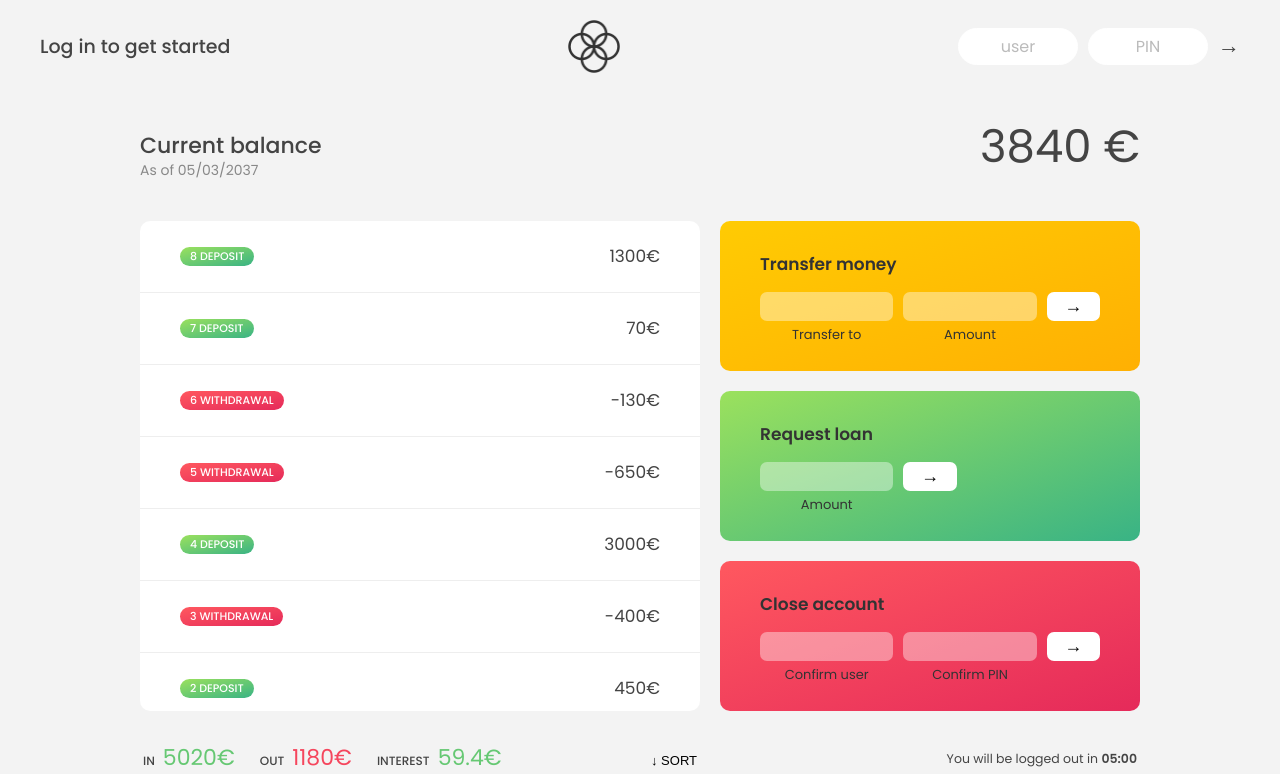
Repository: otvertka/jsc_11
Page: index.html
An editor plug-in stored every save of this project. The page is shown before and after the next save, followed by the edit.
The browser window is 1280 px wide. The pictures show the whole page.
An inner scrolling area shows only its first screen.

Above is the page before, as saved 2023-02-04 10:52:55.
Console error: ReferenceError: age is not defined

### index.html
<!DOCTYPE html>
<html lang="en">
  <head>
    <meta charset="UTF-8" />
    <meta name="viewport" content="width=device-width, initial-scale=1.0" />
    <meta http-equiv="X-UA-Compatible" content="ie=edge" />
    <link rel="shortcut icon" type="image/png" href="/icon.png" />

    <link
      href="https://fonts.googleapis.com/css?family=Poppins:400,500,600&display=swap"
      rel="stylesheet"
    />

    <link rel="stylesheet" href="style.css" />
    <title>Bankist</title>
  </head>
  <body>
    <!-- TOP NAVIGATION -->
    <nav>
      <p class="welcome">Log in to get started</p>
      <img src="logo.png" alt="Logo" class="logo" />
      <form class="login">
        <input
          type="text"
          placeholder="user"
          class="login__input login__input--user"
        />
        <!-- In practice, use type="password" -->
        <input
          type="text"
          placeholder="PIN"
          maxlength="4"
          class="login__input login__input--pin"
        />
        <button class="login__btn">&rarr;</button>
      </form>
    </nav>

    <main class="app">
      <!-- BALANCE -->
      <div class="balance">
        <div>
          <p class="balance__label">Current balance</p>
          <p class="balance__date">
            As of <span class="date">05/03/2037</span>
          </p>
        </div>
        <p class="balance__value">0000€</p>
      </div>

      <!-- MOVEMENTS -->
      <div class="movements">
        <div class="movements__row">
          <div class="movements__type movements__type--deposit">2 deposit</div>
          <div class="movements__date">3 days ago</div>
          <div class="movements__value">4 000€</div>
        </div>
        <div class="movements__row">
          <div class="movements__type movements__type--withdrawal">
            1 withdrawal
          </div>
          <div class="movements__date">24/01/2037</div>
          <div class="movements__value">-378€</div>
        </div>
      </div>

      <!-- SUMMARY -->
      <div class="summary">
        <p class="summary__label">In</p>
        <p class="summary__value summary__value--in">0000€</p>
        <p class="summary__label">Out</p>
        <p class="summary__value summary__value--out">0000€</p>
        <p class="summary__label">Interest</p>
        <p class="summary__value summary__value--interest">0000€</p>
        <button class="btn--sort">&downarrow; SORT</button>
      </div>

      <!-- OPERATION: TRANSFERS -->
      <div class="operation operation--transfer">
        <h2>Transfer money</h2>
        <form class="form form--transfer">
          <input type="text" class="form__input form__input--to" />
          <input type="number" class="form__input form__input--amount" />
          <button class="form__btn form__btn--transfer">&rarr;</button>
          <label class="form__label">Transfer to</label>
          <label class="form__label">Amount</label>
        </form>
      </div>

      <!-- OPERATION: LOAN -->
      <div class="operation operation--loan">
        <h2>Request loan</h2>
        <form class="form form--loan">
          <input type="number" class="form__input form__input--loan-amount" />
          <button class="form__btn form__btn--loan">&rarr;</button>
          <label class="form__label form__label--loan">Amount</label>
        </form>
      </div>

      <!-- OPERATION: CLOSE -->
      <div class="operation operation--close">
        <h2>Close account</h2>
        <form class="form form--close">
          <input type="text" class="form__input form__input--user" />
          <input
            type="password"
            maxlength="6"
            class="form__input form__input--pin"
          />
          <button class="form__btn form__btn--close">&rarr;</button>
          <label class="form__label">Confirm user</label>
          <label class="form__label">Confirm PIN</label>
        </form>
      </div>

      <!-- LOGOUT TIMER -->
      <p class="logout-timer">
        You will be logged out in <span class="timer">05:00</span>
      </p>
    </main>

    <!-- <footer>
      &copy; by Jonas Schmedtmann. Don't claim as your own :)
    </footer> -->

    <script src="script.js"></script>
  </body>
</html>

### style.css
/*
 * Use this CSS to learn some intersting techniques,
 * in case you're wondering how I built the UI.
 * Have fun! 😁
 */

* {
  margin: 0;
  padding: 0;
  box-sizing: inherit;
}

html {
  font-size: 62.5%;
  box-sizing: border-box;
}

body {
  font-family: 'Poppins', sans-serif;
  color: #444;
  background-color: #f3f3f3;
  height: 100vh;
  padding: 2rem;
}

nav {
  display: flex;
  justify-content: space-between;
  align-items: center;
  padding: 0 2rem;
}

.welcome {
  font-size: 1.9rem;
  font-weight: 500;
}

.logo {
  height: 5.25rem;
}

.login {
  display: flex;
}

.login__input {
  border: none;
  padding: 0.5rem 2rem;
  font-size: 1.6rem;
  font-family: inherit;
  text-align: center;
  width: 12rem;
  border-radius: 10rem;
  margin-right: 1rem;
  color: inherit;
  border: 1px solid #fff;
  transition: all 0.3s;
}

.login__input:focus {
  outline: none;
  border: 1px solid #ccc;
}

.login__input::placeholder {
  color: #bbb;
}

.login__btn {
  border: none;
  background: none;
  font-size: 2.2rem;
  color: inherit;
  cursor: pointer;
  transition: all 0.3s;
}

.login__btn:hover,
.login__btn:focus,
.btn--sort:hover,
.btn--sort:focus {
  outline: none;
  color: #777;
}

/* MAIN */
.app {
  position: relative;
  max-width: 100rem;
  margin: 4rem auto;
  display: grid;
  grid-template-columns: 4fr 3fr;
  grid-template-rows: auto repeat(3, 15rem) auto;
  gap: 2rem;

  /* NOTE This creates the fade in/out anumation */
  /* opacity: 0; */
  transition: all 1s;
}

.balance {
  grid-column: 1 / span 2;
  display: flex;
  align-items: flex-end;
  justify-content: space-between;
  margin-bottom: 2rem;
}

.balance__label {
  font-size: 2.2rem;
  font-weight: 500;
  margin-bottom: -0.2rem;
}

.balance__date {
  font-size: 1.4rem;
  color: #888;
}

.balance__value {
  font-size: 4.5rem;
  font-weight: 400;
}

/* MOVEMENTS */
.movements {
  grid-row: 2 / span 3;
  background-color: #fff;
  border-radius: 1rem;
  overflow: scroll;
}

.movements__row {
  padding: 2.25rem 4rem;
  display: flex;
  align-items: center;
  border-bottom: 1px solid #eee;
}

.movements__type {
  font-size: 1.1rem;
  text-transform: uppercase;
  font-weight: 500;
  color: #fff;
  padding: 0.1rem 1rem;
  border-radius: 10rem;
  margin-right: 2rem;
}

.movements__date {
  font-size: 1.1rem;
  text-transform: uppercase;
  font-weight: 500;
  color: #666;
}

.movements__type--deposit {
  background-image: linear-gradient(to top left, #39b385, #9be15d);
}

.movements__type--withdrawal {
  background-image: linear-gradient(to top left, #e52a5a, #ff585f);
}

.movements__value {
  font-size: 1.7rem;
  margin-left: auto;
}

/* SUMMARY */
.summary {
  grid-row: 5 / 6;
  display: flex;
  align-items: baseline;
  padding: 0 0.3rem;
  margin-top: 1rem;
}

.summary__label {
  font-size: 1.2rem;
  font-weight: 500;
  text-transform: uppercase;
  margin-right: 0.8rem;
}

.summary__value {
  font-size: 2.2rem;
  margin-right: 2.5rem;
}

.summary__value--in,
.summary__value--interest {
  color: #66c873;
}

.summary__value--out {
  color: #f5465d;
}

.btn--sort {
  margin-left: auto;
  border: none;
  background: none;
  font-size: 1.3rem;
  font-weight: 500;
  cursor: pointer;
}

/* OPERATIONS */
.operation {
  border-radius: 1rem;
  padding: 3rem 4rem;
  color: #333;
}

.operation--transfer {
  background-image: linear-gradient(to top left, #ffb003, #ffcb03);
}

.operation--loan {
  background-image: linear-gradient(to top left, #39b385, #9be15d);
}

.operation--close {
  background-image: linear-gradient(to top left, #e52a5a, #ff585f);
}

h2 {
  margin-bottom: 1.5rem;
  font-size: 1.7rem;
  font-weight: 600;
  color: #333;
}

.form {
  display: grid;
  grid-template-columns: 2.5fr 2.5fr 1fr;
  grid-template-rows: auto auto;
  gap: 0.4rem 1rem;
}

/* Exceptions for interst */
.form.form--loan {
  grid-template-columns: 2.5fr 1fr 2.5fr;
}
.form__label--loan {
  grid-row: 2;
}
/* End exceptions */

.form__input {
  width: 100%;
  border: none;
  background-color: rgba(255, 255, 255, 0.4);
  font-family: inherit;
  font-size: 1.5rem;
  text-align: center;
  color: #333;
  padding: 0.3rem 1rem;
  border-radius: 0.7rem;
  transition: all 0.3s;
}

.form__input:focus {
  outline: none;
  background-color: rgba(255, 255, 255, 0.6);
}

.form__label {
  font-size: 1.3rem;
  text-align: center;
}

.form__btn {
  border: none;
  border-radius: 0.7rem;
  font-size: 1.8rem;
  background-color: #fff;
  cursor: pointer;
  transition: all 0.3s;
}

.form__btn:focus {
  outline: none;
  background-color: rgba(255, 255, 255, 0.8);
}

.logout-timer {
  padding: 0 0.3rem;
  margin-top: 1.9rem;
  text-align: right;
  font-size: 1.25rem;
}

.timer {
  font-weight: 600;
}

### script.js
'use strict';

/////////////////////////////////////////////////
/////////////////////////////////////////////////

// /////////////////////////////////////////////////
// /////////////////////////////////////////////////
// // LECTURES

// const currencies = new Map([
//   ['USD', 'United States dollar'],
//   ['EUR', 'Euro'],
//   ['GBP', 'Pound sterling'],
// ]);

// const movements = [200, 450, -400, 3000, -650, -130, 70, 1300];

// /////////////////////////////////////////////////

// // 1
// let arr = ['a', 'b', 'c', 'd', 'e'];

// // SLICE . Метод slice() возвращает новый массив, содержащий копию части исходного массива.
// //// SYNTAX  arr.slice([begin[, end]])

// console.log(arr.slice(2)); // c, d, e
// console.log(arr);
// console.log(arr.slice(2, 4)); // c, d
// console.log(arr.slice(-2)); // d, e
// console.log(arr.slice(-1)); // LAST ELEM e
// console.log(arr.slice(1, -2)); // b, c

// console.log(arr.slice()); //  ['a', 'b', 'c', 'd', 'e']  Копирует весь массив
// console.log([...arr]); //  ['a', 'b', 'c', 'd', 'e']  Копирует весь массив SPREAD

// // SPLICE Метод splice() изменяет содержимое массива, удаляя существующие элементы и/или добавляя новые.
// // // SYNTAX  array.splice(start[, deleteCount[, item1[, item2[, ...]]]])

// // console.log(arr.splice(2)); // c, d, e
// arr.splice(-1); // удаляет последний элемент в массиве
// console.log(arr); //  ['a', 'b', 'c', 'd']
// arr.splice(1, 2); // удаляет 2 элемента , начиная с 1
// console.log(arr); // [a, d]

// // REVERSE  . Метод reverse() на месте обращает порядок следования элементов массива. Первый элемент массива становится последним, а последний — первым.
// ///// SYNTAX  array.reverse()

// arr = ['a', 'b', 'c', 'd', 'e'];
// const arr2 = ['j', 'i', 'h', 'g', 'f'];
// console.log(arr2.reverse()); //['f', 'g', 'h', 'i', 'j']
// console.log(arr2); // Изменяет основной массив ['f', 'g', 'h', 'i', 'j']

// // CONCAT / Метод concat() возвращает новый массив, состоящий из массива, на котором он был вызван,
// //             соединённого с другими массивами и/или значениями, переданными в качестве аргументов.
// // SYNTAX   var new_array = old_array.concat(value1[, value2[, ...[, valueN]]])

// const letters = arr.concat(arr2);
// console.log(letters); // ['a', 'b', 'c', 'd', 'e', 'f', 'g', 'h', 'i', 'j']
// console.log([...arr, ...arr2]); //  ['a', 'b', 'c', 'd', 'e', 'f', 'g', 'h', 'i', 'j']

// // JOIN  Метод join() объединяет все элементы массива (или массивоподобного объекта) в строку.
// // SYNTAX
// console.log(letters.join(' - ')); // a - b - c - d - e - f - g - h - i - j

// // LECtion 2 . at
// const arr = [23, 11, 64];
// console.log(arr[0]); // 23
// console.log(arr.at(0)); // 23 at position 0

// // получаем последний элем в массиве
// console.log(arr[arr.length - 1]); // 64
// console.log(arr.slice(-1)[0]); // получаем последний элем в массиве

// console.log(arr.at(-1)); // 64
// console.log('jonas'.at(0)); // j Также работает со строками

// LECT 3. Метод forEach() выполняет указанную функцию один раз для каждого элемента в массиве.
// SYNTAX .arr.forEach(function callback(currentValue, index, array) {
//your iterator
// }[, thisArg]);
// const movements = [200, 450, -400, 3000, -650, -130, 70, 1300];

// // for (const movement of movements) {
// for (const [i, movement] of movements.entries()) {
//   if (movement > 0) {
//     console.log(`Movement ${i + 1}: You deposited ${movement}`);
//   } else {
//     console.log(`Movement ${i + 1}: You withdrew ${Math.abs(movement)}`); // Math.abs - удалит знак МИНУС
//   }
// }
// console.log('----FOREACH-----');
// // callback Функция, которая будет вызвана для каждого элемента массива.
// movements.forEach(function (movement, index, array) {
//   if (movement > 0) {
//     console.log(`Movement ${index + 1}: You deposited ${movement}`);
//   } else {
//     console.log(`Movement ${index + 1}: You withdrew ${Math.abs(movement)}`); // Math.abs - удалит знак МИНУС
//   }
// });
// // 0: function(200)
// // 1: function(450)
// // 2: function(400)
// // ....

// LECT 4 . forEach with Map and Set

// const currencies = new Map([
//   ['USD', 'United States dollar'], // 'key', 'value'
//   ['EUR', 'Euro'],
//   ['GBP', 'Pound sterling'],
// ]);

// currencies.forEach(function (value, key, map) {
//   console.log(`${key}: ${value}`);
// });

// // Set
// const currenciesUnique = new Set(['USD', 'GBP', 'USD', 'EUR', 'EUR']);
// console.log(currenciesUnique); // {'USD', 'GBP', 'EUR'}

// currenciesUnique.forEach(function (value, _, map) {
//   console.log(`${value}: ${value}`); // USD: USD ,GBP: GBP ,EUR: EUR
// });
//////////////////////////////////////////////////////////////////////////////////////////////

// BANKIST APP

// Data
const account1 = {
  owner: 'Jonas Schmedtmann',
  movements: [200, 450, -400, 3000, -650, -130, 70, 1300],
  interestRate: 1.2, // %
  pin: 1111,
};

const account2 = {
  owner: 'Jessica Davis',
  movements: [5000, 3400, -150, -790, -3210, -1000, 8500, -30],
  interestRate: 1.5,
  pin: 2222,
};

const account3 = {
  owner: 'Steven Thomas Williams',
  movements: [200, -200, 340, -300, -20, 50, 400, -460],
  interestRate: 0.7,
  pin: 3333,
};

const account4 = {
  owner: 'Sarah Smith',
  movements: [430, 1000, 700, 50, 90],
  interestRate: 1,
  pin: 4444,
};

const accounts = [account1, account2, account3, account4];

// Elements
const labelWelcome = document.querySelector('.welcome');
const labelDate = document.querySelector('.date');
const labelBalance = document.querySelector('.balance__value');
const labelSumIn = document.querySelector('.summary__value--in');
const labelSumOut = document.querySelector('.summary__value--out');
const labelSumInterest = document.querySelector('.summary__value--interest');
const labelTimer = document.querySelector('.timer');

const containerApp = document.querySelector('.app');
const containerMovements = document.querySelector('.movements');

const btnLogin = document.querySelector('.login__btn');
const btnTransfer = document.querySelector('.form__btn--transfer');
const btnLoan = document.querySelector('.form__btn--loan');
const btnClose = document.querySelector('.form__btn--close');
const btnSort = document.querySelector('.btn--sort');

const inputLoginUsername = document.querySelector('.login__input--user');
const inputLoginPin = document.querySelector('.login__input--pin');
const inputTransferTo = document.querySelector('.form__input--to');
const inputTransferAmount = document.querySelector('.form__input--amount');
const inputLoanAmount = document.querySelector('.form__input--loan-amount');
const inputCloseUsername = document.querySelector('.form__input--user');
const inputClosePin = document.querySelector('.form__input--pin');

const displayMovements = function (movements) {
  containerMovements.innerHTML = ''; // очищаем поля Расходы Прибыль

  movements.forEach(function (mov, i) {
    // Заполняем данные из массива Movements
    // аналог .....  .textContent = 0;
    const type = mov > 0 ? 'deposit' : 'withdrawal';
    const html = `
  <div class="movements__row">
    <div class="movements__type movements__type--${type}">${i + 1} ${type}</div>
    <div class="movements__value">${mov}€</div>
    </div>
  `;

    containerMovements.insertAdjacentHTML('afterbegin', html);
  });
};

displayMovements(account1.movements);

// LECT 10 REDUCE
const calcDisplayBalance = function (movements) {
  const balance = movements.reduce((accum, mov) => accum + mov, 0);
  labelBalance.textContent = `${balance} €`;
};
calcDisplayBalance(account1.movements);

// LECT 11 The Magic of Chaining Methods

const calcDisplaySummary = function (movements) {
  const incomes = movements
    .filter(mov => mov > 0)
    .reduce((acc, mov) => acc + mov, 0);
  labelSumIn.textContent = `${incomes}€`;

  const out = movements
    .filter(mov => mov < 0)
    .reduce((acc, mov) => acc + mov, 0);
  labelSumOut.textContent = `${Math.abs(out)}€`;

  // Проценты с депозита (Interest)
  const interest = movements
    .filter(mov => mov > 0)
    .map(deposit => (deposit * 1.2) / 100)
    .filter((int, i, arr) => {
      console.log(arr);
      return int >= 1; // исключили , где процент меньше 1
    })
    .reduce((acc, int) => acc + int);
  labelSumInterest.textContent = `${interest}€`;
};
calcDisplaySummary(account1.movements);

// const eurToUsd = 1.1;
// console.log(movements);
// // PIPELINE трубопровод
// const totalDepositUSD = movements
//   .filter(mov => mov > 0)
//   .map((mov, i, arr) => {
//     // console.log(arr);
//     return mov * eurToUsd;
//   })
//   // .map(mov => mov * eurToUsd)
//   .reduce((acc, mov) => acc + mov, 0);
// console.log(totalDepositUSD);

// LECT 8. Computing user names
//  добавляем новое свойство username ='stw' -сокращенные имена в объекты
const createUsernames = function (accs) {
  accs.forEach(function (acc) {
    // используем FOREACH,а не Map,
    acc.username = acc.owner // т.к не хотим создавать новый массив, а добавляем новое свойство username ='stw' -сокращенные имена
      .toLowerCase()
      .split(' ')
      .map(name => name[0])
      .join('');
  });
};

createUsernames(accounts);

// console.log(accounts);

// console.log(containerMovements.innerHTML);

// LECT5.
//  CHALANGE #1
// [3,5,2,12,7] , [4,1, 15,8,3]
// [9,16, 6, 8,3], [10,5,6,1,4]

// const checkDogs = function (dogsJulia, dogsKate) {
//   // Jonas version:
//   // const dogsJuliaCorrected = dogsJulia.slice();
//   // dogsJuliaCorrected.splice(0,1);
//   // dogsJuliaCorrected.splice(-2);
//   // console.log(dogsJuliaCorrected);

//   const juliaCopy = dogsJulia.slice();
//   const juliaCorrecteded = juliaCopy.splice(1, `${juliaCopy.length}` - 3, -1); // удаляем Первый и Последний элем (средний параметр это длина всей строки - 3 элеммента)

//   const allDogs = juliaCorrecteded.concat(dogsKate); // Объединили 2 массива
//   allDogs.forEach(function (dog, index) {
//     //  callback Функция, которая будет вызвана для каждого элемента массива.
//     if (dog >= 3) {
//       console.log(
//         `Dog number ${index + 1} is an adult and is ${dog} years old`
//       );
//     } else {
//       console.log(
//         `Dog number ${index + 1} is still a puppy 🐶 and is ${dog} years old`
//       );
//     }
//   });
//   console.log(allDogs);
// };
// // checkDogs([3, 5, 2, 12, 7], [4, 1, 15, 8, 3]);
// checkDogs([9, 16, 6, 8, 3], [10, 5, 6, 1, 4]);

////////////////////////////
// CHALANGE #2 Мой вариант
// const ages = [5, 2, 4, 1, 15, 8, 3];

// const calcAverageHumanAge = ages.map(function (age) {
//   if (age <= 2) {
//     return age * 2;
//   } else {
//     return age * 4 + 16;
//   }
// });

// console.log(calcAverageHumanAge);
// const adultDogs = calcAverageHumanAge.filter(humanAge => humanAge > 18);

// console.log(adultDogs);
// const averageAge =
//   adultDogs.reduce((accum, cur) => accum + cur, 0) / adultDogs.length;
// console.log(averageAge);

// ///// ////////// ///////// //     CHALANGE # 2  JONAS VERS!!!!!
// const calcAverageHumanAge = function (ages) {
//   const humanAges = ages.map(age => (age <= 2 ? 2 * age : 16 + age * 4));
//   const adults = humanAges.filter(age => age >= 18);
//   const average = adults.reduce((accum, age) => accum + age, 0) / adults.length;
//   // аналогично можно так сразу делить  2, 3 (2+3)/2 = 2.5 === 2/2 +3/2 = 2.5;
//   // const averag = adults.reduce((acc, age, i, arr) => acc +age/ arr.length, 0);
//   console.log(average);
//   return average;
// };
// const avg1 = calcAverageHumanAge([5, 2, 4, 1, 15, 8, 3]);
// const avg2 = calcAverageHumanAge([16, 6, 10, 5, 6, 1, 4]);
// console.log(age);

const calcAverageHumanAge = ages => {
  ages
    .map(age => (age <= 2 ? 2 * age : 16 + age * 4))
    .filter(age => age >= 18)
    .reduce((accum, age) => accum + age, 0) / ages.length;
  console.log(ages);
  return ages;
};
const avg1 = calcAverageHumanAge([5, 2, 4, 1, 15, 8, 3]);
const avg2 = calcAverageHumanAge([16, 6, 10, 5, 6, 1, 4]);
console.log(age);
////////////////////////////

// LECT 7. MAP method

// const movements = [200, 450, -400, 3000, -650, -130, 70, 1300];
// const eurToUsd = 1.1;

// const movementsUSD = movements.map(mov => mov * eurToUsd); // аналог через СТРЕЛОЧНУЮ ф-ю
// // movements.map(function (mov) {
// //   return mov * eurToUsd;
// // });
// console.log(movements);
// console.log(movementsUSD); // 220 , 495, -440, 3300...

// const movementsUSDfor = [];
// for (const mov of movements) {
//   movementsUSDfor.push(mov * eurToUsd);
// }
// console.log(movementsUSDfor); // 220 , 495, 440, 3300...

// const movementsDescriptions = movements.map(
//   (mov, index) =>
//     `Movement ${index + 1}: You ${
//       mov > 0 ? 'deposited' : 'withdrew'
//     } ${Math.abs(mov)}`
// );
// // if (mov > 0) {
// //   return `Movement ${index + 1}: You deposited ${mov}`;
// // } else {
// //   return `Movement ${index + 1}: You withdrew ${Math.abs(mov)}`; // Math.abs - удалит знак МИНУС
// // }

// console.log(movementsDescriptions);

// LECT 9 FILTER method
// Метод filter() создаёт новый массив со всеми элементами, прошедшими проверку, задаваемую в передаваемой функции.
// SYNTAX
// Стрелочная функция
// filter((element) => { ... } )
// filter((element, index) => { ... } )
// filter((element, index, array) => { ... } )

// // Колбэк-функция
// filter(callbackFn)
// filter(callbackFn, thisArg)

// // Встроенная колбэк-функция
// filter(function callbackFn(element) { ... })
// filter(function callbackFn(element, index) { ... })
// filter(function callbackFn(element, index, array){ ... })
// filter(function callbackFn(element, index, array) { ... }, thisArg)

/// ПРИМЕР
// const movements = [200, 450, -400, 3000, -650, -130, 70, 1300];
// const deposits = movements.filter(function (mov) {
//   return mov > 0;
// });
// console.log(deposits); // [200, 450, 3000, 70, 1300]

// //аналогично с FOR
// const depositsFOR = [];
// for (const mov of movements) {
//   if (mov > 0) {
//     depositsFOR.push(mov);
//   }
// }
// console.log(depositsFOR); // [200, 450, 3000, 70, 1300]

// // FILTER method
// const withdrawals = movements.filter(mov => mov < 0);
// console.log(withdrawals); // [-400, -650, -130]

// LECT 10 . REDUCE method . Метод reduce() применяет функцию reducer к каждому элементу массива (слева-направо), возвращая одно результирующее значение.
// SYNTAX  array.reduce(callback[, initialValue])

// const movements = [200, 450, -400, 3000, -650, -130, 70, 1300];
// console.log(movements);

// // accumulator -> SNOWBALL
// // const balance = movements.reduce(function (accum, cur, i, arr) {
// //   console.log(`Iteration ${i}: ${accum}`);
// //   return accum + cur; // callback функция - это 1 параметр, Аккумулируется значение
// // }, 0); // 0 -initialValue стартовое значение

// // Через СТРЕЛОЧНУЮ ФУНКЦИЮ
// const balance = movements.reduce((accum, cur) => accum + cur, 0);
// console.log(balance); // 3840

// // аналог с FOR
// let balance2 = 0;
// for (const mov of movements) balance2 += mov;
// console.log(balance2); // 3840

// // Maximum value
// const max = movements.reduce((acc, mov) => {
//   if (acc > mov) return acc;
//   else return mov;
// }, movements[0]);
// console.log(max);

After the next save:
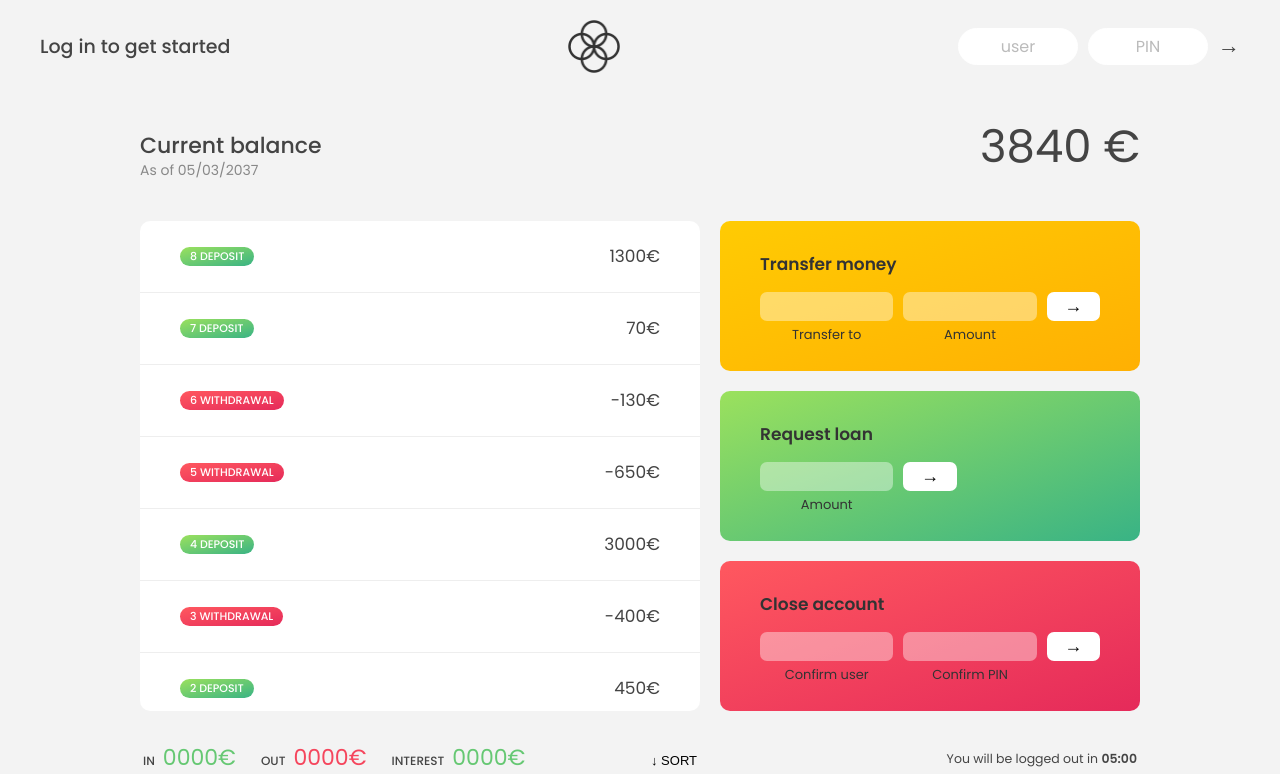
Saved 56 s later.
--- a/script.js
+++ b/script.js
@@ -233,7 +233,7 @@ const calcDisplaySummary = function (movements) {
     .reduce((acc, int) => acc + int);
   labelSumInterest.textContent = `${interest}€`;
 };
-calcDisplaySummary(account1.movements);
+// calcDisplaySummary(account1.movements);
 
 // const eurToUsd = 1.1;
 // console.log(movements);
@@ -349,7 +349,7 @@ console.log(age);
 
 // LECT 7. MAP method
 
-// const movements = [200, 450, -400, 3000, -650, -130, 70, 1300];
+const movements = [200, 450, -400, 3000, -650, -130, 70, 1300];
 // const eurToUsd = 1.1;
 
 // const movementsUSD = movements.map(mov => mov * eurToUsd); // аналог через СТРЕЛОЧНУЮ ф-ю
